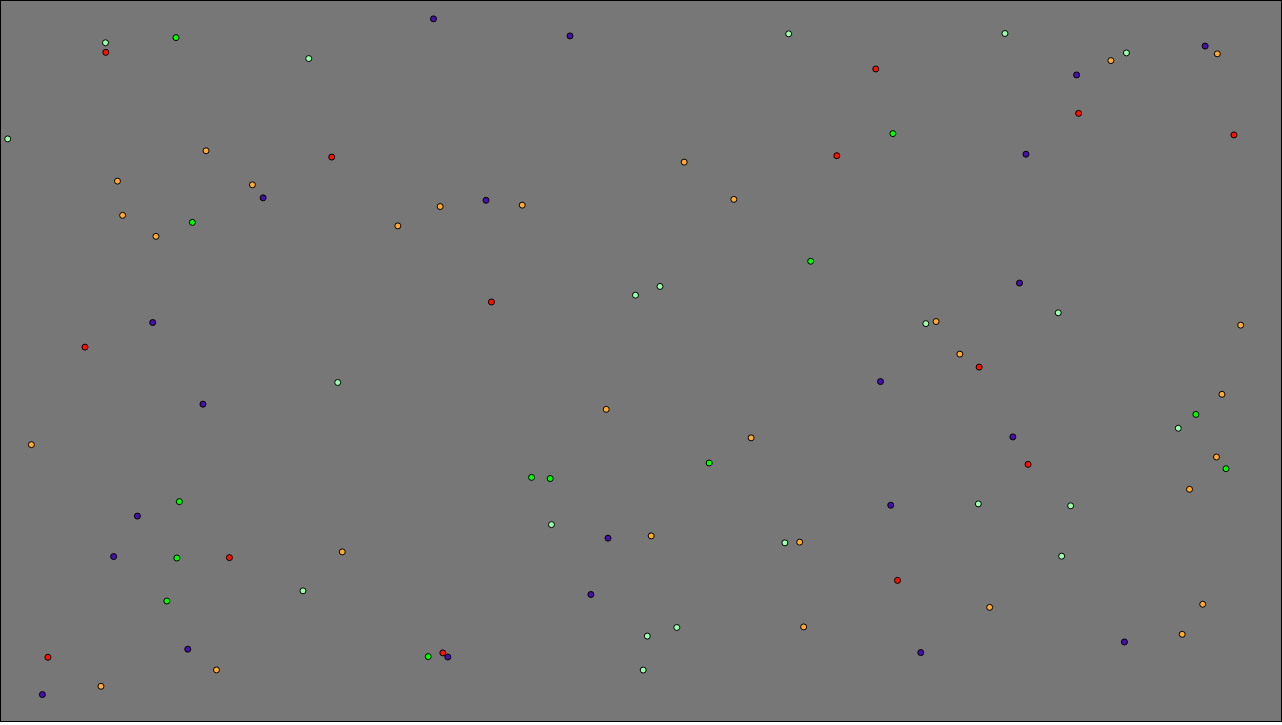
Repository: tenlekdan/particle-effect
Page: inidex.html
These files come from the project's save history. The page is drawn as it stood at one moment and after the next save; the edit follows.
The browser window is 1280 px wide. The page is 1282 px wide, so the pictures cover 1282 px, including what lies to the right of the window. The pictures show the whole page.

Above is the page before, as saved 2019-12-26 23:11:50.

### inidex.html
<!DOCTYPE html>
<html lang="en">

<head>
    <meta charset="UTF-8">
    <meta name="viewport" content="width=device-width, initial-scale=1.0">
    <meta http-equiv="X-UA-Compatible" content="ie=edge">
    <title>Document</title>
    <style type="text/css">
        *{
            margin: 0;
            padding: 0;
            box-sizing: inherit;
        }
        html{
            font-size: 60.2%;
        }

        body{
            font-size: 1rem;
            font-family: 'Courier New', Courier, monospace;
            box-sizing: border-box;
        }
        canvas {
            border: solid 1px;
            background-color: #777;
        }
    </style>
</head>

<body>
    <canvas></canvas>

    <script src="canvas.js"></script>

</body>

</html>

### canvas.js


(function () {
    var canvas = document.querySelector('canvas');

    canvas.width = window.innerWidth;
    canvas.height = window.innerHeight;

    var c = canvas.getContext('2d');
    // c.fillRect(x, y, width, height);
    // c.fillRect(100, 100, 50, 50);

    // // lines
    // c.beginPath();
    // c.moveTo(10, 170);
    // c.lineTo(100, 300);
    // c.stroke();

    let mouse = {
        x: undefined,
        y: undefined
    }

    window.addEventListener('mousemove', function (event) {
        mouse.x = event.x;
        mouse.y = event.y;
    })


    var maxRad = 50;
    var minRad = 3;
    var colorList = [
        "#ffaa33",
        "#99ffaa",
        "#00ff00",
        "#4411aa",
        "#ff1100"
    ];

    function Circle(x, y, dx, dy, radius) {
        this.x = x;
        this.y = y;
        this.dx = dx;
        this.dy = dy;
        this.radius = radius;
        this.color = colorList[Math.floor(Math.random() * colorList.length)];
        this.draw = function () {
            //draw circle
            c.beginPath();
            c.arc(this.x, this.y, this.radius, 0, Math.PI * 2, false);
            // c.strokeStyle = 'blue';
            c.fillStyle = this.color;
            c.fill();
            c.stroke();
        }

        this.update = function () {
            if (this.x + this.radius > innerWidth || this.x - this.radius <= 0) {
                this.dx = -this.dx;
            }
            if (this.y + this.radius > innerHeight || this.y - this.radius <= 0) {
                this.dy = -this.dy;
            }

            this.x += this.dx;
            this.y += this.dy;

            //interactivity
            if (mouse.x - this.x < 50 && mouse.x - this.x > -50 &&
                mouse.y - this.y < 50 && mouse.y - this.y > -50) {
                if (this.radius < maxRad)
                    this.radius += 1;
            }
            else if (this.radius > minRad) {
                this.radius -= 1;
            }


            this.draw();
        }
    }


    let circleList = [];

    for (let i = 0; i < 100; i++) {
        let radius = 30;
        let x = Math.random() * (innerWidth - radius * 2) + radius;
        let y = Math.random() * (innerHeight - radius * 2) + radius;
        let dx = (Math.random() - .5) * 8;
        let dy = (Math.random() - .5) * 8;

        circleList.push(new Circle(x, y, dx, dy, radius));
    }

    var circle = new Circle(300, 300, 5, 5, 30);

    var animate = () => {
        requestAnimationFrame(animate);
        c.clearRect(0, 0, innerWidth, innerHeight);
        for (let i = 0; i < circleList.length; i++) {
            circleList[i].update();
        }
    }

    animate();
})();

After the next save:
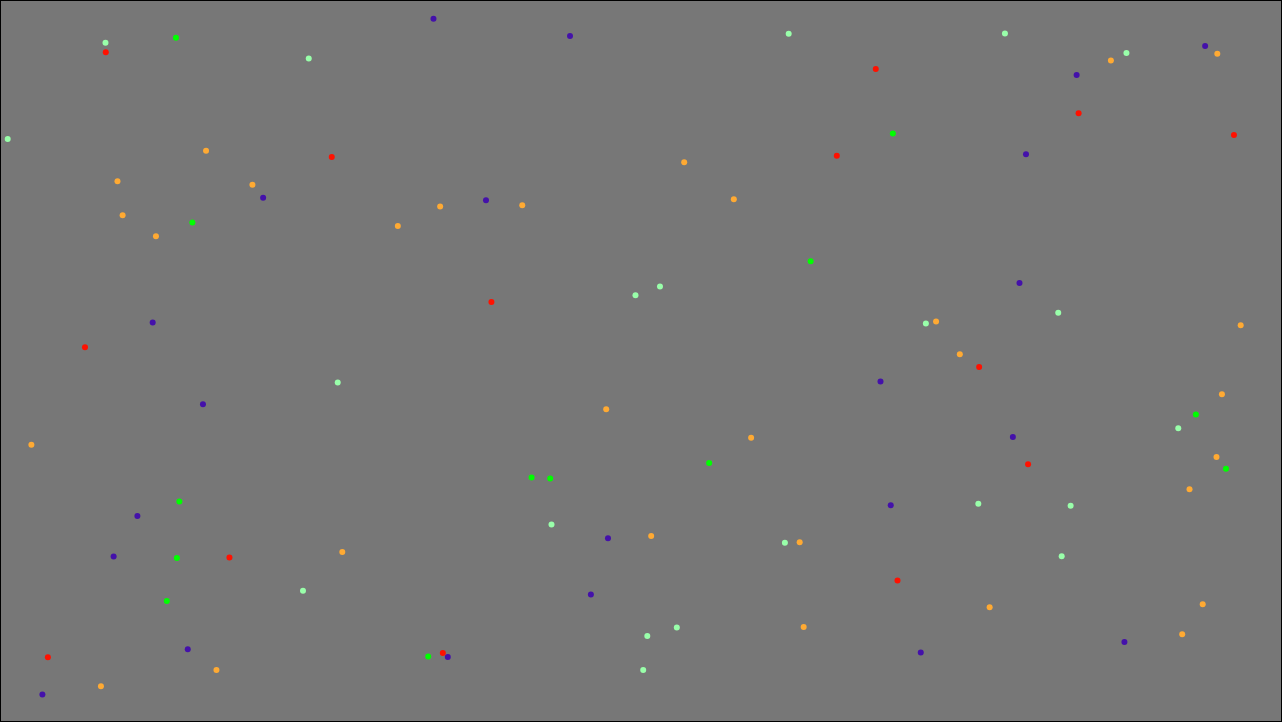
Saved 5 min 37 s later.
--- a/canvas.js
+++ b/canvas.js
@@ -51,7 +51,7 @@
             // c.strokeStyle = 'blue';
             c.fillStyle = this.color;
             c.fill();
-            c.stroke();
+            // c.stroke();
         }
 
         this.update = function () {
